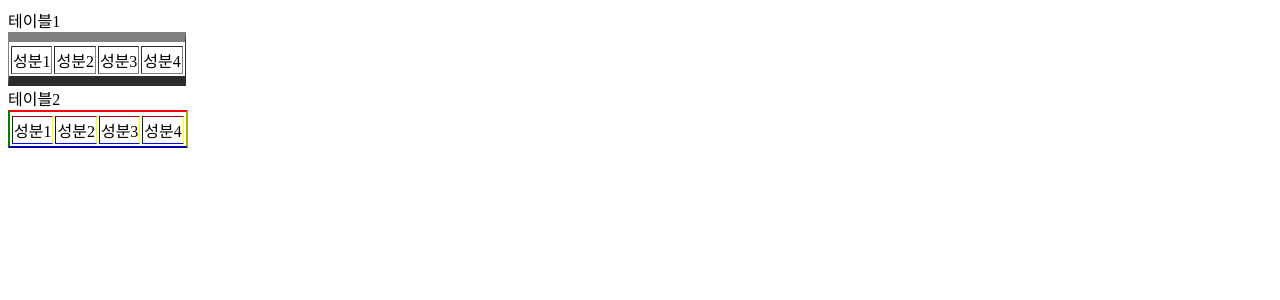
Repository: KimHeonSeung/TJE_HTML
Page: sources/day_04/WebContent/border_width.html
These files come from the project's save history. The page is drawn as it stood at one moment and after the next save; the edit follows.
The browser window is 1280 px wide. The pictures show the whole page.

Above is the page before, as saved 2019-05-15 01:07:02.

After the next save:
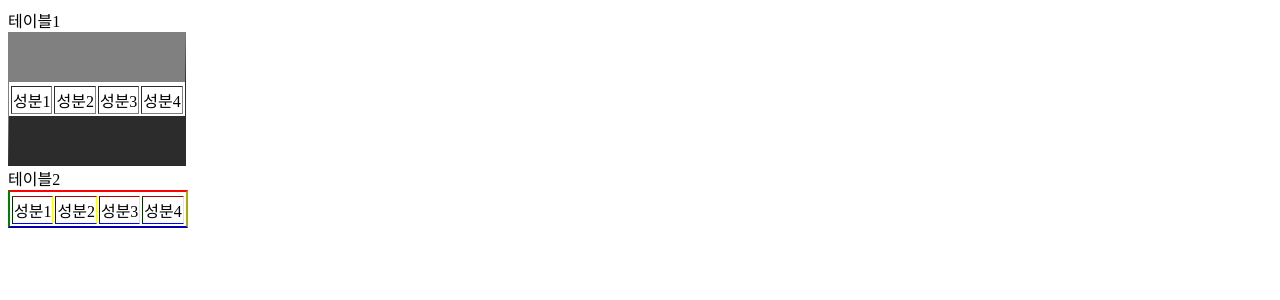
Saved 21 s later.
--- a/sources/day_04/WebContent/border_width.html
+++ b/sources/day_04/WebContent/border_width.html
@@ -7,8 +7,8 @@
 <style>
 
 	.table1 {
-		border-top-width: 10px;
-		border-bottom-width: 10px;
+		border-top-width: 50px;
+		border-bottom-width: 50px;
 	}
 	.table2 {
 		border-top-color: red;
